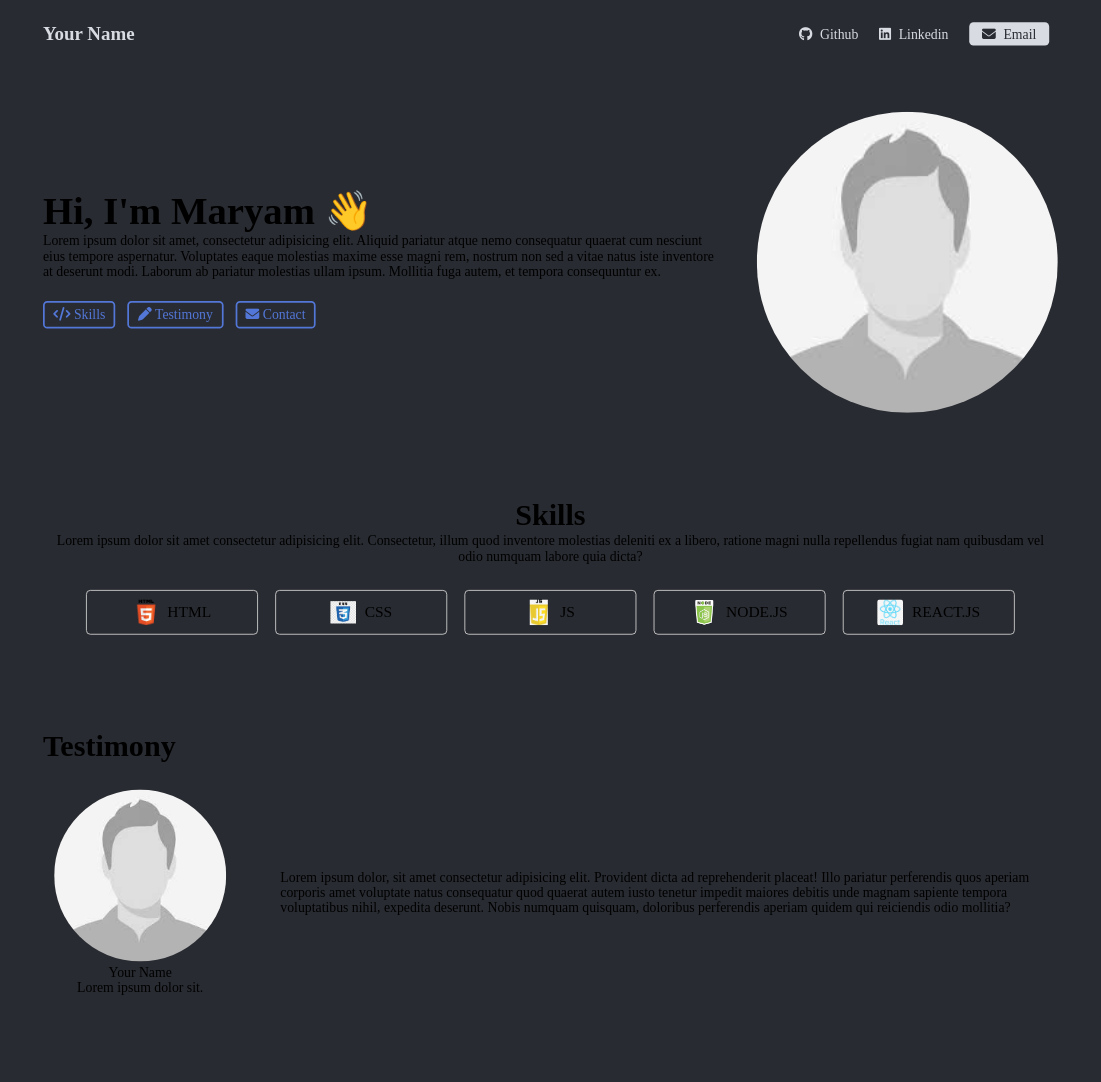
Repository: MaramMaryam/my-portfolio-test
Page: index.html
An editor plug-in stored every save of this project. The page is shown before and after a run of saves, followed by the edit.
The browser window is 1280 px wide. The pictures show the whole page, at 86% of full size.
Some web libraries are served in a nearby version.

Above is the page before, as saved 2024-09-20 19:16:03.

After the next 2 saves:
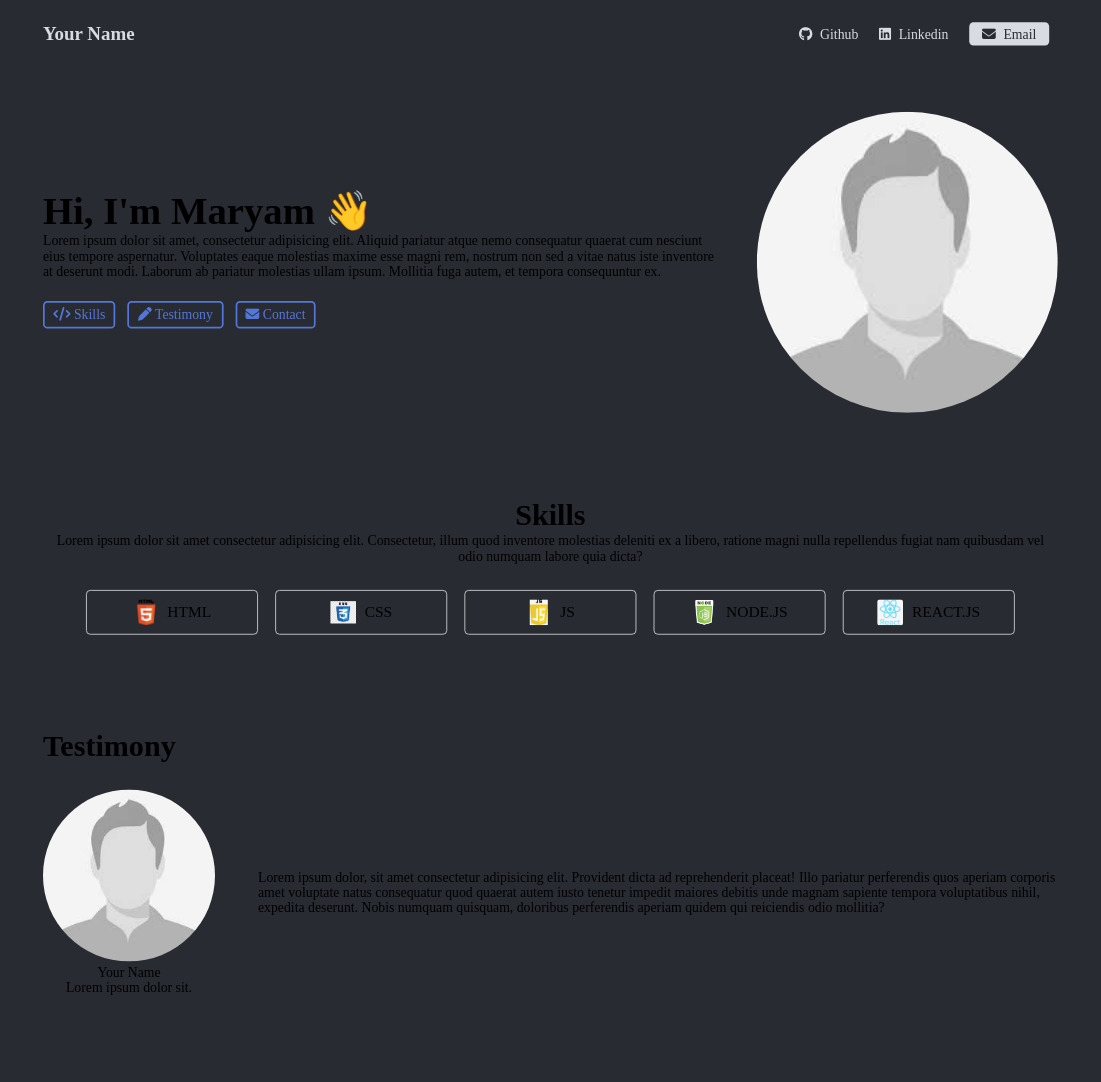
The 2 saves are shown as one change because they came seconds apart.
The last was saved 21 s later.
--- a/styles.css
+++ b/styles.css
@@ -152,6 +152,7 @@
     object-fit: cover;
     border-radius: 50%;
 }
+.testimony-section .group .person-details
 .testimony-section .group  .text {
     flex: 8;
 }

After the save that followed:
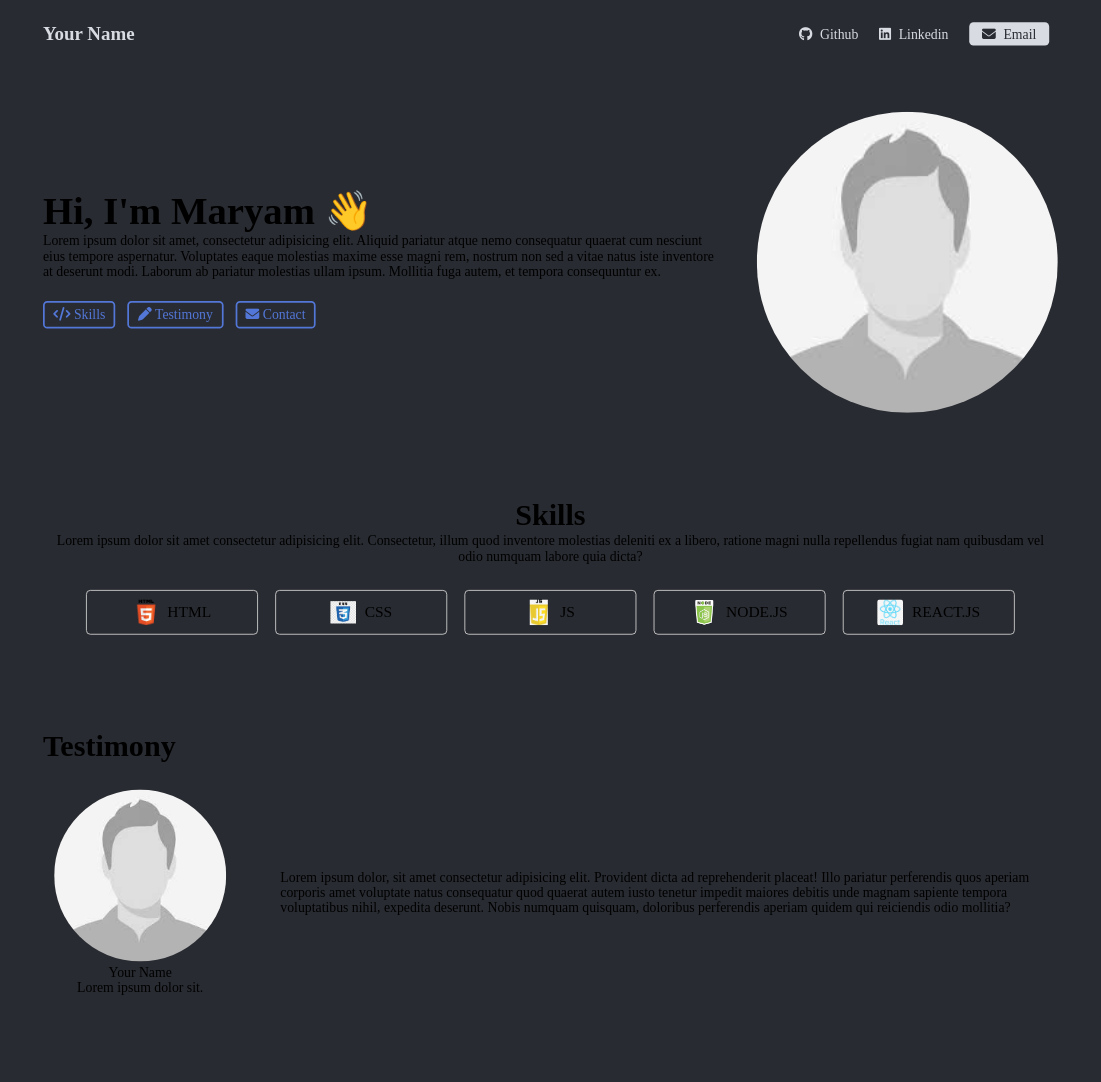
Saved 4 s later.
--- a/styles.css
+++ b/styles.css
@@ -152,7 +152,9 @@
     object-fit: cover;
     border-radius: 50%;
 }
-.testimony-section .group .person-details
+.testimony-section .group .person-details p {
+
+}
 .testimony-section .group  .text {
     flex: 8;
 }
